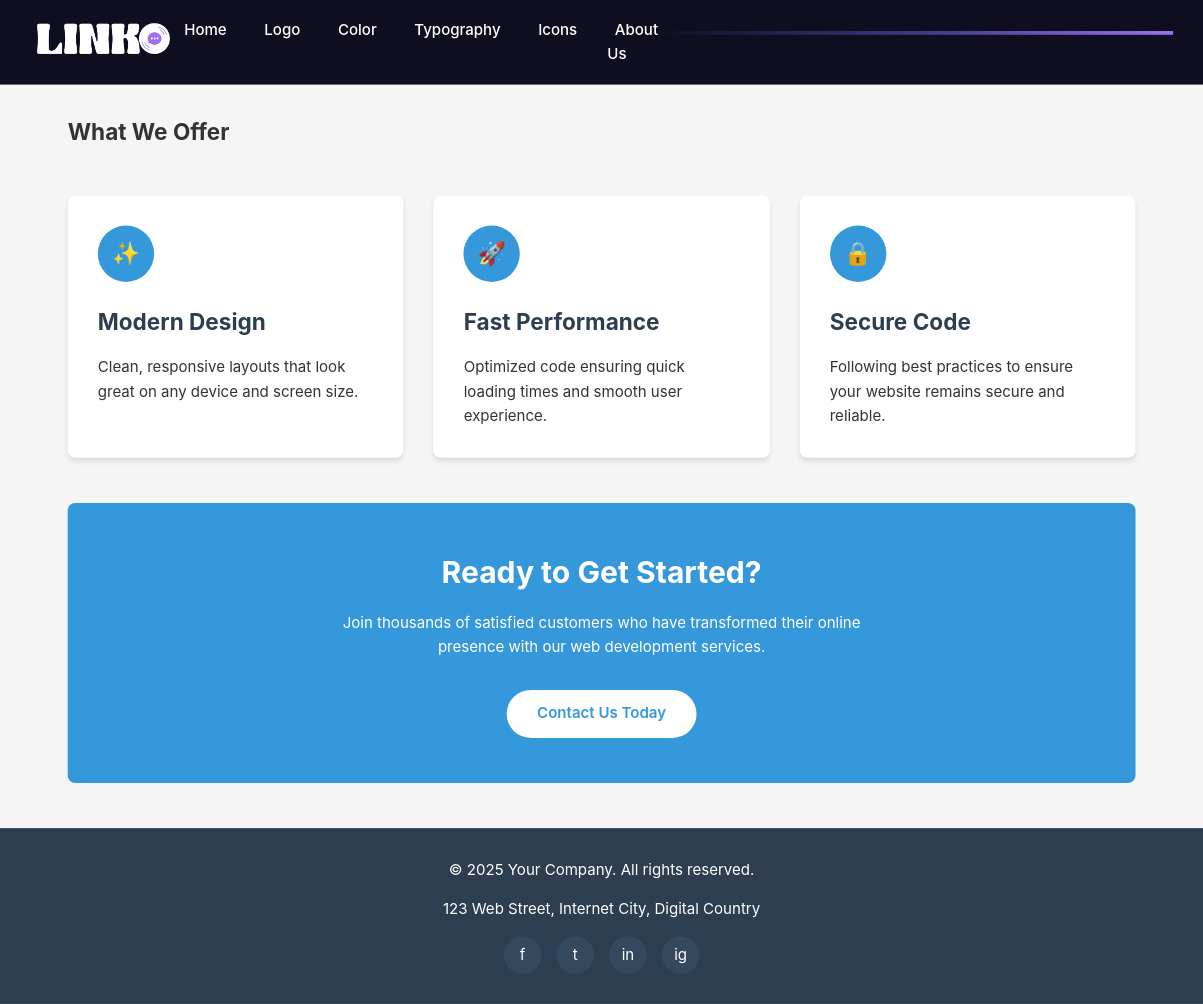
Repository: primcharlin/LINKO-A5Styleguide
Page: index.html
The author's editor kept a copy of each file at every save. The page is drawn from the files as they stood at one save, then again after the next save.
The browser window is 1280 px wide. The pictures show the whole page, at 94% of full size.

Above is the page before, as saved 2025-04-09 14:18:35.

After the next save:
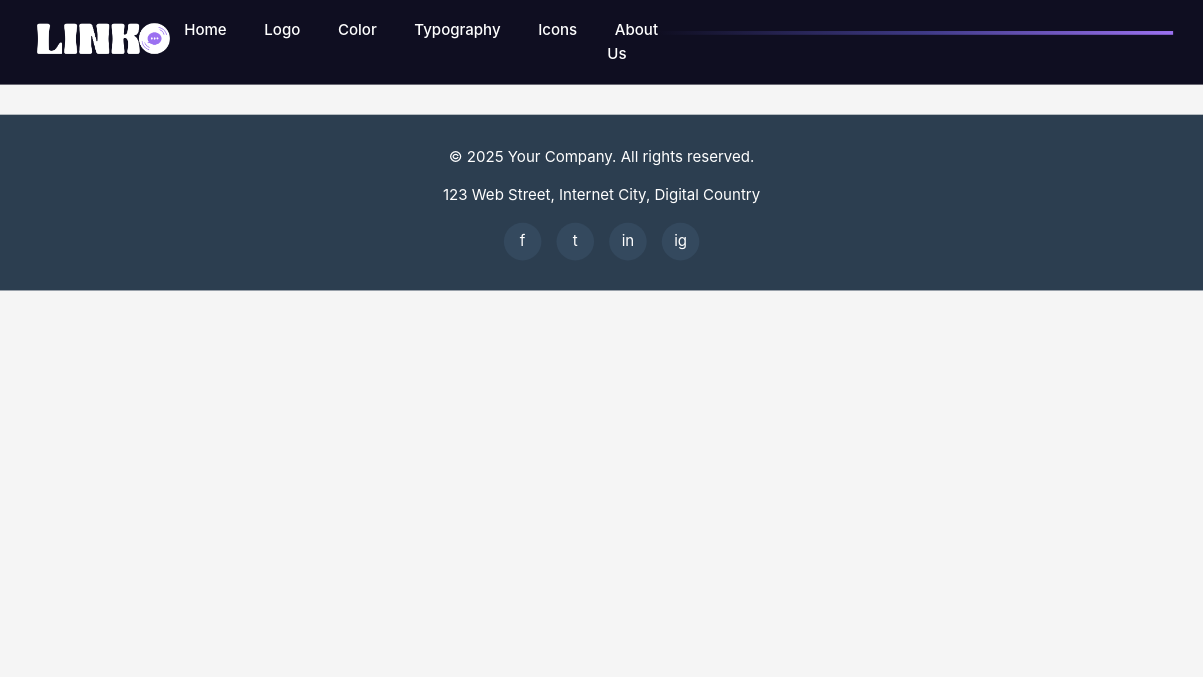
Saved 26 h 4 min later.
--- a/index.html
+++ b/index.html
@@ -26,34 +26,7 @@
     </header>
 
     <main>
-        <section>
-            <h2>What We Offer</h2>
-            <div class="features">
-                <div class="feature-card">
-                    <div class="feature-icon">✨</div>
-                    <h3>Modern Design</h3>
-                    <p>Clean, responsive layouts that look great on any device and screen size.</p>
-                </div>
 
-                <div class="feature-card">
-                    <div class="feature-icon">🚀</div>
-                    <h3>Fast Performance</h3>
-                    <p>Optimized code ensuring quick loading times and smooth user experience.</p>
-                </div>
-
-                <div class="feature-card">
-                    <div class="feature-icon">🔒</div>
-                    <h3>Secure Code</h3>
-                    <p>Following best practices to ensure your website remains secure and reliable.</p>
-                </div>
-            </div>
-        </section>
-
-        <section class="cta">
-            <h2>Ready to Get Started?</h2>
-            <p>Join thousands of satisfied customers who have transformed their online presence with our web development services.</p>
-            <a href="#" class="btn">Contact Us Today</a>
-        </section>
     </main>
 
     <footer>
